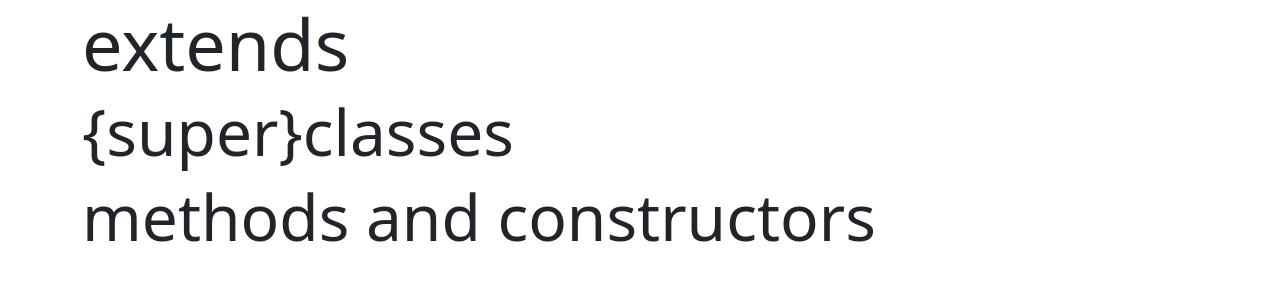
Repository: danieltikamori/wdb
Page: JavaScript/extendends-and-super-keywords/index.html
These files come from the project's save history. The page is drawn as it stood at one moment and after a run of saves; the edit follows.
The browser window is 1280 px wide. The pictures show the whole page.

Above is the page before, as saved 2023-01-29 13:06:56.
Console error: SyntaxError: Unexpected token '{'

After the next 2 saves:
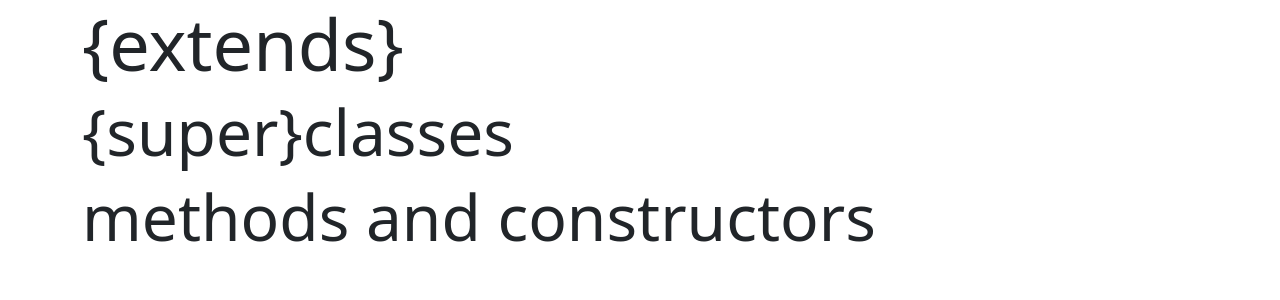
The 2 saves are shown as one change because they came seconds apart.
The last was saved 9 s later.
--- a/JavaScript/extendends-and-super-keywords/index.html
+++ b/JavaScript/extendends-and-super-keywords/index.html
@@ -9,7 +9,7 @@
   </head>
   <body>
 <div class="container">
-  <h1 class="display-2">extends</h1>
+  <h1 class="display-2">{extends}</h1>
   <h2 class="display-3">{super}classes</h2>
   <h2 class="display-3">methods and constructors</h2>
 </div>
